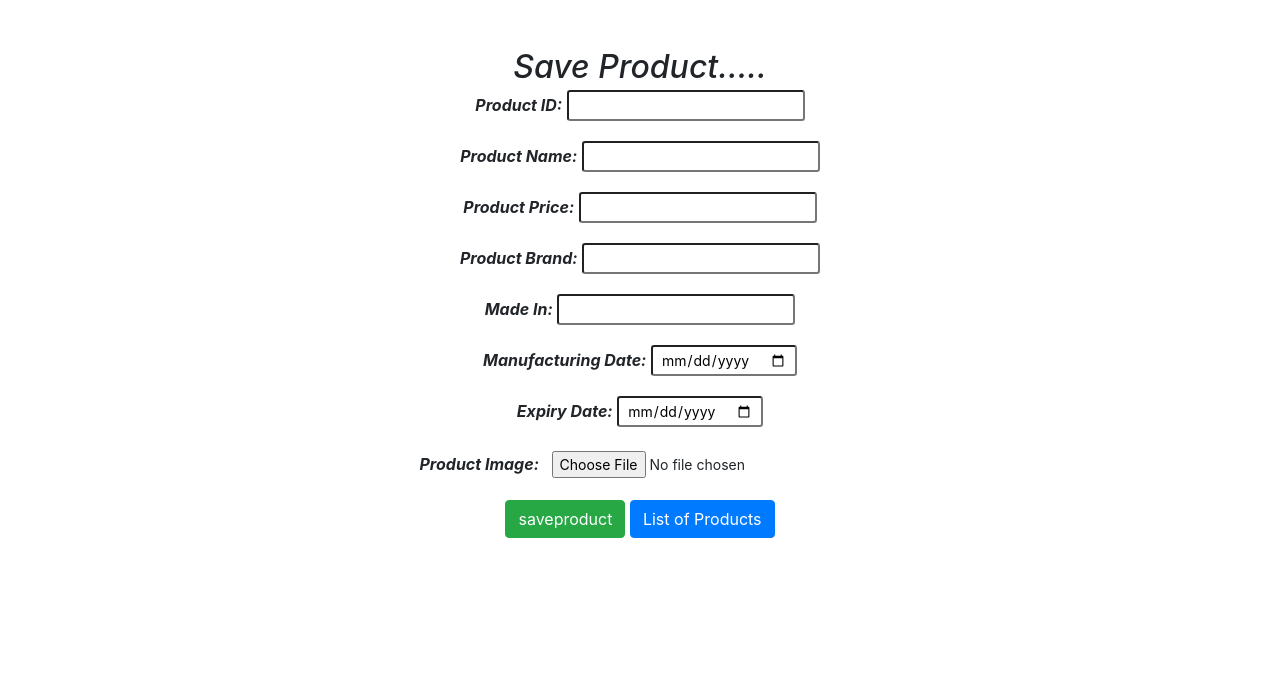
Repository: Sridevi165/Advanced-java
Page: ProductManagementApp/src/main/webapp/add-product.html
These files come from the project's save history. The page is drawn as it stood at one moment and after the next save; the edit follows.
The browser window is 1280 px wide. The pictures show the whole page.

Above is the page before, as saved 2024-03-12 09:48:47.

After the next save:
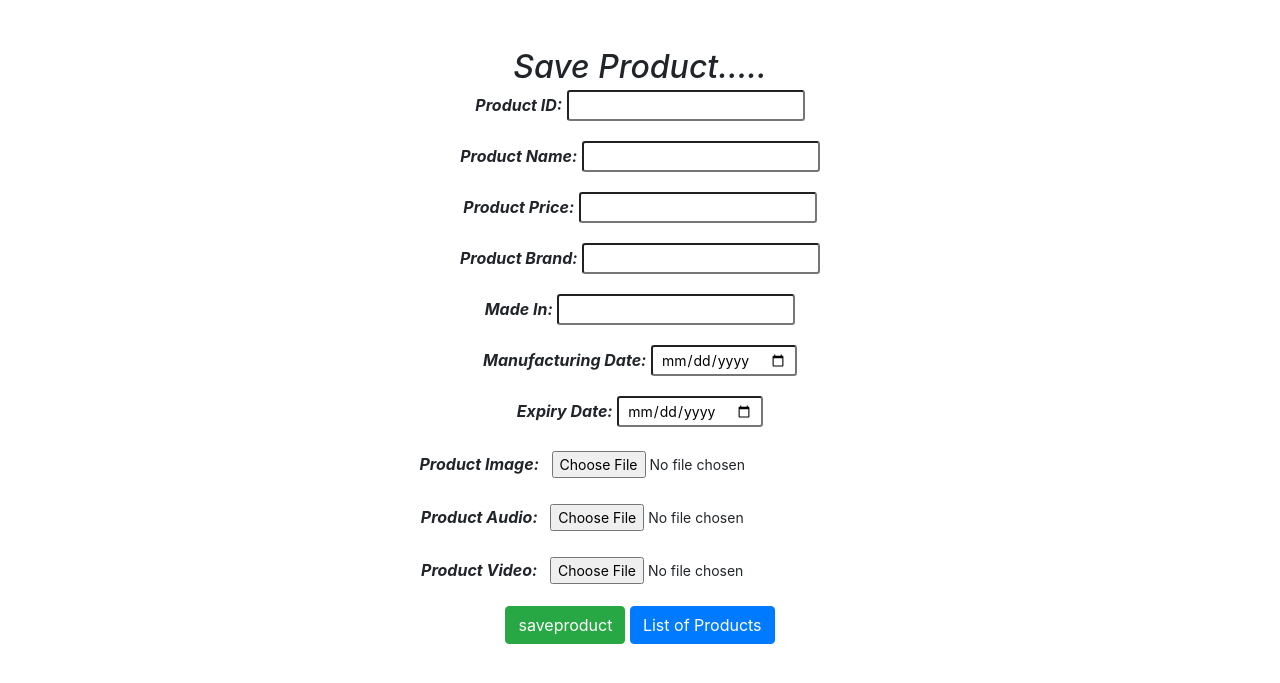
Saved 9 min 27 s later.
--- a/ProductManagementApp/src/main/webapp/add-product.html
+++ b/ProductManagementApp/src/main/webapp/add-product.html
@@ -62,6 +62,18 @@
 
         </div>
 
+        <div class="form-group">
+            <label class="font-italic font-weight-bold" for="proAudio">Product Audio:</label>
+            <input type="file" class="form-control-sm" id="proAudio" name="proAudio" accept="Audio/*" required>
+
+        </div>
+
+        <div class="form-group">
+            <label class="font-italic font-weight-bold" for="proVideo">Product Video:</label>
+            <input type="file" class="form-control-sm" id="proVideo" name="proVideo" accept=Video/*" required>
+
+        </div>
+
          <div >
 
             <input type="submit" class="btn btn-success" value="saveproduct"/>
